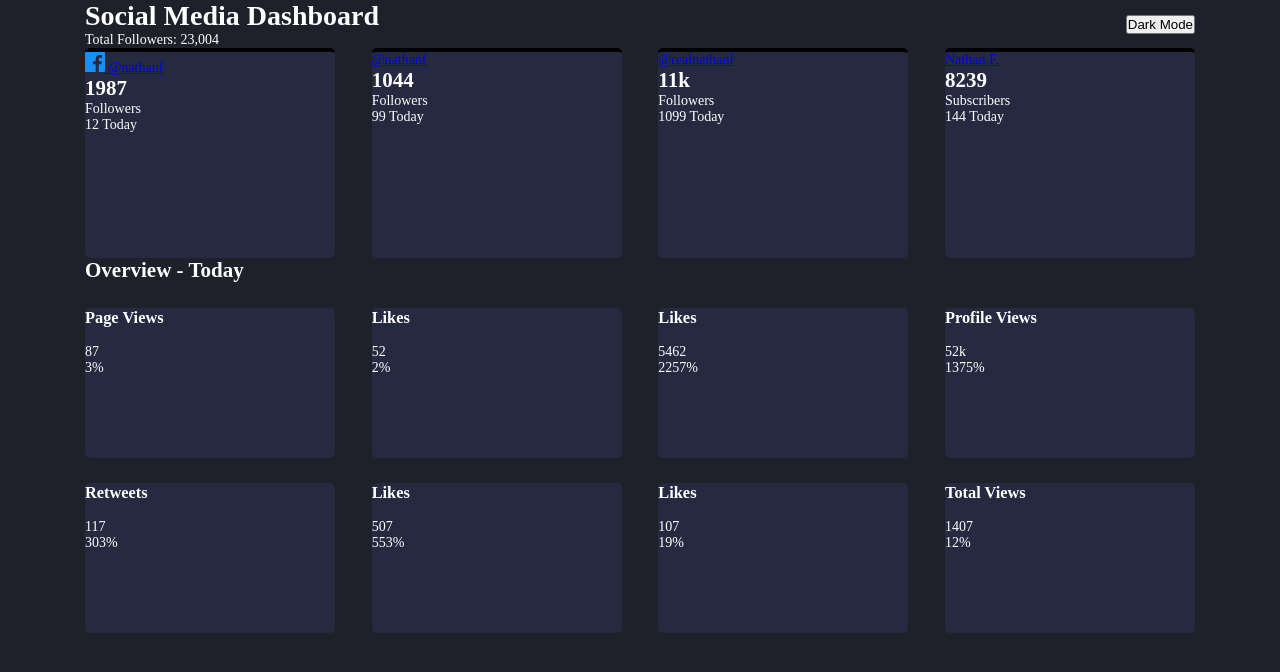
Repository: mamulini/social-media-dashboard-with-theme-switcher-master
Page: index.html
An editor plug-in stored every save of this project. The page is shown before and after the next save, followed by the edit.
The browser window is 1280 px wide. The pictures show the whole page.

Above is the page before, as saved 2020-04-06 13:20:07.

### index.html
<!DOCTYPE html>
<html lang="en">

<head>
  <meta charset="UTF-8">
  <meta name="viewport" content="width=device-width, initial-scale=1.0">
  <link rel="icon" type="image/png" sizes="32x32" href="./images/favicon-32x32.png">
  <link rel="stylesheet" href="./css/style.css">
  <title>Frontend Mentor | [Challenge Name Here]</title>
</head>

<body>
  <main class="dashboard container">
    <header class="header">
      <div class="title">
        <h1 class="title__name">Social Media Dashboard</h1>
        <p class="title__total">Total Followers: 23,004</p>
      </div>
      <button class="theme" type="button">Dark Mode</button>
    </header>
    <div class="followers_block">
      <div class="folowers">

        <a class="followers__link" href="#"><svg xmlns="http://www.w3.org/2000/svg" width="20" height="20">
          <path fill="#178FF5" d="M18.896 0H1.104C.494 0 0 .494 0 1.104v17.793C0 19.506.494 20 1.104 20h9.58v-7.745H8.076V9.237h2.606V7.01c0-2.583 1.578-3.99 3.883-3.99 1.104 0 2.052.082 2.329.119v2.7h-1.598c-1.254 0-1.496.597-1.496 1.47v1.928h2.989l-.39 3.018h-2.6V20h5.098c.608 0 1.102-.494 1.102-1.104V1.104C20 .494 19.506 0 18.896 0z"/>
        </svg> @nathanf</a>
        <h2 class="followers__sum">1987</h2>
        <p class="followers__title">Followers</p>
        <p class="followers__today">12 Today</p>
      </div>
      <div class="folowers">
        <a class="followers__link" href="#">@nathanf
        </a>
        <h2 class="followers__sum">1044</h2>
        <p class="followers__title">Followers</p>
        <p class="followers__today">99 Today</p>
      </div>
      <div class="folowers">
        <a class="followers__link" href="#">@realnathanf


        </a>
        <h2 class="followers__sum">11k</h2>
        <p class="followers__title">Followers</p>
        <p class="followers__today">1099 Today</p>
      </div>
      <div class="folowers">
        <a class="followers__link" href="#">Nathan F.
        </a>
        <h2 class="followers__sum">8239</h2>
        <p class="followers__title">Subscribers</p>
        <p class="followers__today">144 Today</p>
      </div>

    </div>
    <div class="overview">
      <h2 class="overview__title">Overview - Today</h2>
    </div>
    <div class="likes_counter">
      <div class="likes">
        <h3 class="likes__title">Page Views</h3>
        <img src="" alt="" class="like__icon">
        <p class="likes__num">87</p>
        <p class="likes__procent">3%</p>
      </div>
      <div class="likes">
        <h3 class="likes__title">Likes</h3>
        <img src="" alt="" class="like__icon">
        <p class="likes__num">52</p>
        <p class="likes__procent">2%</p>
      </div>
      <div class="likes">
        <h3 class="likes__title">Likes</h3>
        <img src="" alt="" class="like__icon">
        <p class="likes__num">5462</p>
        <p class="likes__procent">2257%</p>
      </div>
      <div class="likes">
        <h3 class="likes__title">Profile Views</h3>
        <img src="" alt="" class="like__icon">
        <p class="likes__num">52k</p>
        <p class="likes__procent">1375%</p>
      </div>
      <div class="likes">
        <h3 class="likes__title">Retweets</h3>
        <img src="" alt="" class="like__icon">
        <p class="likes__num">117</p>
        <p class="likes__procent">303%</p>
      </div>
      <div class="likes">
        <h3 class="likes__title">Likes</h3>
        <img src="" alt="" class="like__icon">
        <p class="likes__num">507</p>
        <p class="likes__procent">553%</p>
      </div>
      <div class="likes">
        <h3 class="likes__title">Likes</h3>
        <img src="" alt="" class="like__icon">
        <p class="likes__num">107</p>
        <p class="likes__procent">19%</p>
      </div>
      <div class="likes">
        <h3 class="likes__title">Total Views</h3>
        <img src="" alt="" class="like__icon">
        <p class="likes__num">1407</p>
        <p class="likes__procent">12%</p>
      </div>
    </div>
  </main>
  <!-- <div class="attribution">
    Challenge by <a href="https://www.frontendmentor.io?ref=challenge" target="_blank">Frontend Mentor</a>.
    Coded by <a href="#">Your Name Here</a>.
  </div> -->
</body>

</html>

### css/style.css
*{
    padding: 0;
    margin: 0;
    box-sizing: border-box;
}

body{
    font-size: 14px;
    background: hsl(230, 17%, 14%);
    color: #ffffff;
}

.container{
    max-width: 1110px;
    margin: 0 auto;

}

.header{
    display: flex;
    justify-content: space-between;
    align-items: center;
}

.followers_block{
    display: flex;
    justify-content: space-between;
}

.folowers{
    width: 250px;
    height: 210px;
    background: #e4e4e4;
    border-top: 4px solid #000;
    border-radius: 5px;
    background: hsl(228, 28%, 20%);
}

.likes_counter{
    display: flex;
    justify-content: space-between;
    flex-wrap: wrap;
}

.likes{
    flex: 0 0 calc(25% - #{$gap});
    width: 250px;
    height: 150px;
    background:  hsl(228, 28%, 20%);
    margin-top: 25px;
    border-radius: 5px;
}






.attribution { font-size: 11px; text-align: center; }
.attribution a { color: hsl(228, 45%, 44%); }

After the next save:
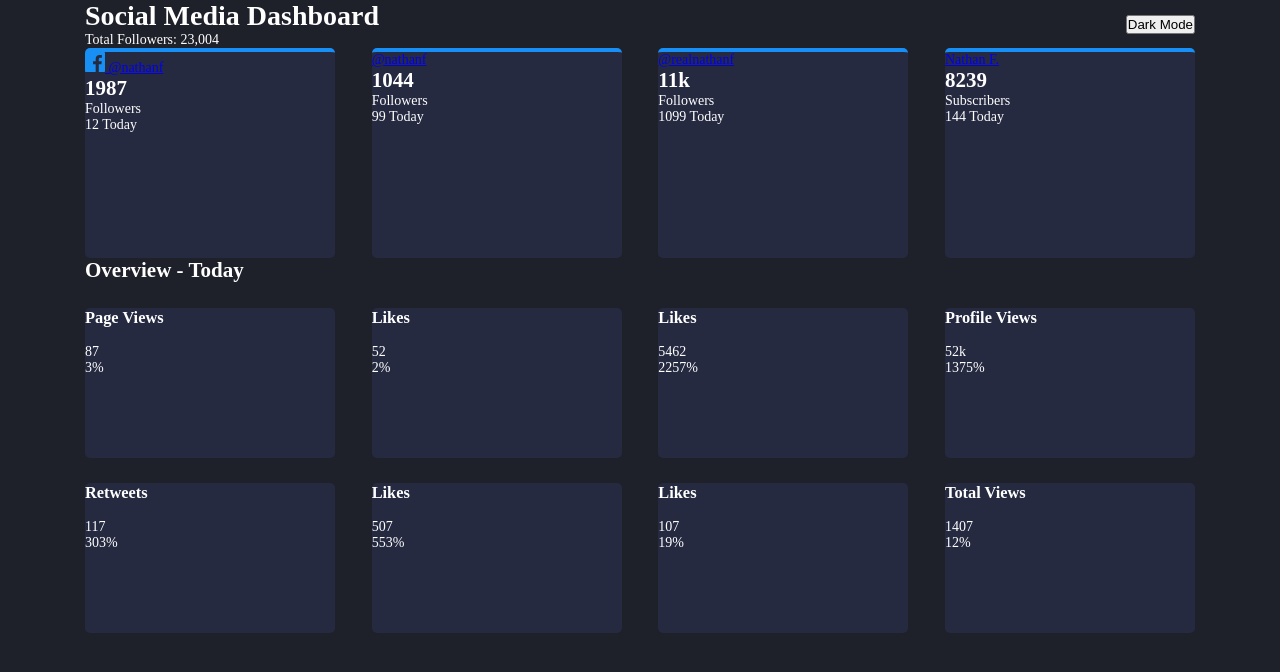
Saved 15 min 48 s later.
--- a/css/style.css
+++ b/css/style.css
@@ -31,7 +31,7 @@ body{
     width: 250px;
     height: 210px;
     background: #e4e4e4;
-    border-top: 4px solid #000;
+    border-top: 4px solid #178FF5;
     border-radius: 5px;
     background: hsl(228, 28%, 20%);
 }
